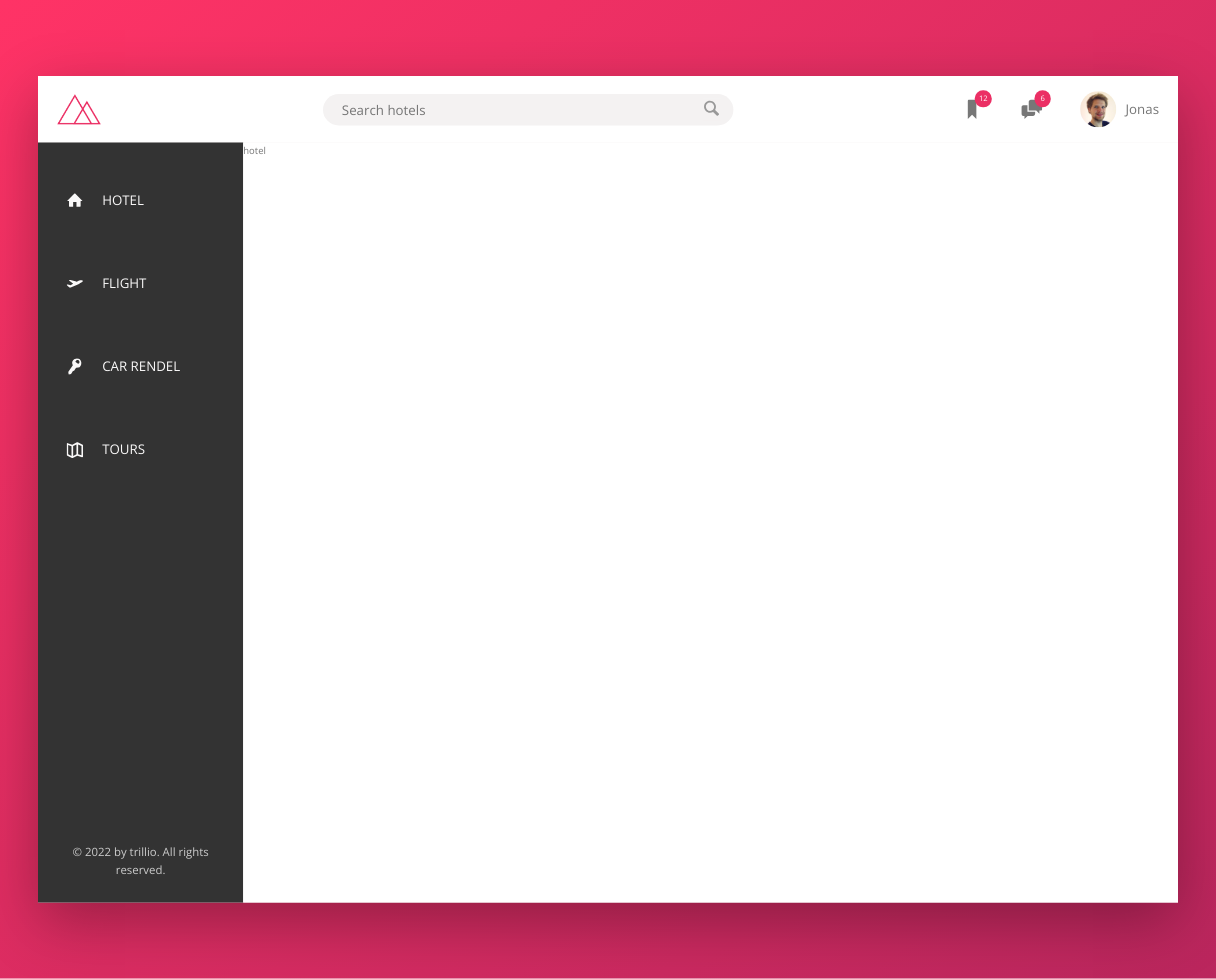
Repository: mohamediyas/flex_website
Page: index.html
The author's editor kept a copy of each file at every save. The page is drawn from the files as they stood at one save, then again after the next save.
The browser window is 1280 px wide. The pictures show the whole page, at 95% of full size.
The style sheet was rebuilt from its Sass, Less or Tailwind sources for each picture, by a compiler version that may differ from the author's.

Above is the page before, as saved 2022-07-31 20:34:53.

### index.html
<!DOCTYPE html>
<html lang="en">
  <head>
    <meta charset="UTF-8" />
    <meta name="viewport" content="width=device-width, initial-scale=1.0" />
    <meta http-equiv="X-UA-Compatible" content="ie=edge" />

    <link
      href="https://fonts.googleapis.com/css?family=Open+Sans:300,400,600"
      rel="stylesheet"
    />
    <link rel="stylesheet" href="css/style.css" />
    <link rel="shortcut icon" type="image/png" href="img/favicon.png" />

    <title>nexter &mdash; your home, your freedom</title>
  </head>
  <body>
    <div class="container">
      <header class="header">
        <img src="img/logo.png" alt="trilio logo" class="logo" />
        <form action="#" class="search">
          <input
            type="text"
            class="search__input"
            placeholder="Search hotels"
          />
          <button class="search__button">
            <svg class="search__icon">
              <use xlink:href="img/sprite.svg#icon-magnifying-glass"></use>
            </svg>
          </button>
        </form>

        <nav class="user-nav">
          <div class="user-nav__icon-box">
            <svg class="user-nav__icon">
              <use xlink:href="img/sprite.svg#icon-bookmark"></use>
            </svg>
            <span class="user-nav__notification">12</span>
          </div>
          <div class="user-nav__icon-box">
            <svg class="user-nav__icon">
              <use xlink:href="img/sprite.svg#icon-chat"></use>
            </svg>
            <span class="user-nav__notification">6</span>
          </div>
          <div class="user-nav__user">
            <img
              src="img/user.jpg"
              alt="user image"
              class="user-nav__user-photo"
            />
            <span class="user-nav__user-name">Jonas</span>
          </div>
        </nav>
      </header>
      <div class="content">
        <nav class="sidebar">
          <ul class="side-nav">
            <li class="side-nav__item side-nav__item--active">
              <a href="#" class="side-nav__link">
                <svg class="side-nav__icon">
                  <use xlink:href="img/sprite.svg#icon-home"></use>
                </svg>
                <span>Hotel</span>
              </a>
            </li>
            <li class="side-nav__item">
              <a href="#" class="side-nav__link">
                <svg class="side-nav__icon">
                  <use xlink:href="img/sprite.svg#icon-aircraft-take-off"></use>
                </svg>
                <span>Flight</span>
              </a>
            </li>
            <li class="side-nav__item">
              <a href="#" class="side-nav__link">
                <svg class="side-nav__icon">
                  <use xlink:href="img/sprite.svg#icon-key"></use>
                </svg>
                <span>Car Rendel</span>
              </a>
            </li>
            <li class="side-nav__item">
              <a href="#" class="side-nav__link">
                <svg class="side-nav__icon">
                  <use xlink:href="img/sprite.svg#icon-map"></use>
                </svg>
                <span>Tours</span>
              </a>
            </li>
          </ul>
          <div class="legal">&copy; 2022 by trillio. All rights reserved.</div>
        </nav>
        <main class="hotel">hotel</main>
      </div>
    </div>
  </body>
</html>

### sass/_base.scss
// COLOR VARIABLES

:root {
  --color-primary: #eb2f64;
  --color-primary-light: #ff3366;
  --color-primary-dark: #ba265d;

  --color-grey-light-1: #faf9f9;
  --color-grey-light-2: #f4f2f2;
  --color-grey-light-3: #f0eeee;
  --color-grey-light-4: #ccc;

  --color-grey-dark-1: #333;
  --color-grey-dark-2: #777;
  --color-grey-dark-3: #999;

  --shadow-dark: 0 2rem 6rem rgba(0, 0, 0, 0.3);
  --shadow-light: 0 2rem 5rem rgba(0, 0, 0, 0.06);

  --line: 1px solid var(--color-grey-light-2);
}

* {
  margin: 0;
  padding: 0;
}

*,
*::after,
*::before {
  box-sizing: inherit;
}

html {
  box-sizing: border-box;
  font-size: 62.5%;
}

body {
  background-image: linear-gradient(
    to right bottom,
    var(--color-primary-light),
    var(--color-primary-dark)
  );
  font-family: "Open Sans", sans-serif;
  font-weight: 400;
  line-height: 1.6;
  background-size: cover;
  background-repeat: no-repeat;
  min-height: 100vh;
  color: var(--color-grey-dark-2);
}

### sass/_components.scss
.logo {
  height: 3.25rem;
  margin-left: 2rem;
}

.search {
  flex: 0 0 40%;

  display: flex;
  justify-content: center;
  align-items: center;

  &__input {
    font-family: inherit;
    font-size: inherit;
    background-color: var(--color-grey-light-2);
    border: none;
    color: inherit;
    padding: 0.7rem 2rem;
    border-radius: 100px;
    width: 90%;
    transition: all 0.2s;
    margin-right: -3.25rem;
    &:focus {
      outline: none;
      width: 100%;
      background-color: var(--color-grey-light-3);
    }
  }

  &::-webkit-input-placeholder {
    font-weight: 100;
    color: var(--color-grey-light-4);
  }

  &__input:focus + &__button {
    background-color: var(--color-grey-light-3);
  }

  &__button {
    border: none;
    background-color: var(--color-grey-light-2);

    &:focus {
      outline: none;
    }

    &:active {
      transform: translateY(2px);
    }
  }

  &__icon {
    height: 2rem;
    width: 2rem;
    fill: var(--color-grey-dark-3);
  }
}

.user-nav {
  align-self: stretch;
  display: flex;
  align-items: center;

  & > * {
    padding: 0 2rem;
    cursor: pointer;
    height: 100%;
    display: flex;
    align-items: center;
  }

  & > *:hover {
    background-color: var(--color-grey-light-2);
  }

  &__icon-box {
    position: relative;
  }

  &__icon {
    height: 2.25rem;
    width: 2.25rem;
    fill: var(--color-grey-dark-2);
  }

  &__notification {
    font-size: 0.8rem;
    height: 1.75rem;
    width: 1.75rem;
    border-radius: 50%;
    background-color: var(--color-primary);
    color: #fff;
    position: absolute;
    top: 1.5rem;
    right: 1.1rem;
    display: flex;
    justify-content: center;
    align-items: center;
  }

  &__user {
  }

  &__user-photo {
    height: 3.75rem;
    border-radius: 50%;
    margin-right: 1rem;
  }

  &__user-name {
  }
}

// side navigation

.side-nav {
  font-size: 1.4rem;
  list-style: none;
  margin-top: 3.5rem;

  &__item {
    position: relative;

    &:not(:last-child) {
      margin-bottom: 3.5rem;
    }
  }

  &__item::before {
    content: "";
    position: absolute;
    top: 0;
    left: 0;
    height: 100%;
    width: 3px;
    background-color: var(--color-primary);
    transform: scaleY(0);
    transition: transform 0.2s, width 0.4s cubic-bezier(1, 0, 0, 1) 0.2s;
  }

  &__item:hover:before,
  &__item--active {
    transform: scaleY(1);
    width: 100%;
  }

  &__link:link,
  &__link:visited {
    color: var(--color-grey-light-1);
    text-decoration: none;
    text-transform: uppercase;
    display: block;
    padding: 1.5rem 3rem;
    z-index: 10;
    position: relative;
    display: flex;
    align-items: center;
  }

  &__link:hover {
    color: white;
  }

  &__icon {
    width: 1.75rem;
    height: 1.75rem;
    margin-right: 2rem;
    fill: currentColor;
  }
}

.legal {
  font-size: 1.2rem;
  text-align: center;
  color: var(--color-grey-light-4);
  padding: 2.5rem;
}

### sass/_layout.scss
.container {
  max-width: 120rem;
  margin: 8rem auto;
  background-color: var(--color-grey-light-2);
  box-shadow: var(--shadow-dark);
  min-height: 50rem;
}

.header {
  font-size: 1.4rem;
  height: 7rem;
  background-color: #fff;
  border-bottom: var(--color-grey-light-2);
  display: flex;
  justify-content: space-between;
  align-items: center;
}

.content {
  display: flex;
}

.sidebar {
  background-color: var(--color-grey-dark-1);
  flex: 0 0 18%;
  display: flex;
  flex-direction: column;
  justify-content: space-between;
}

.hotel {
  background-color: #fff;
  height: 80rem;
  flex: 1;
}

Loaded but not shown: sass/main.scss (common file)

After the next save:
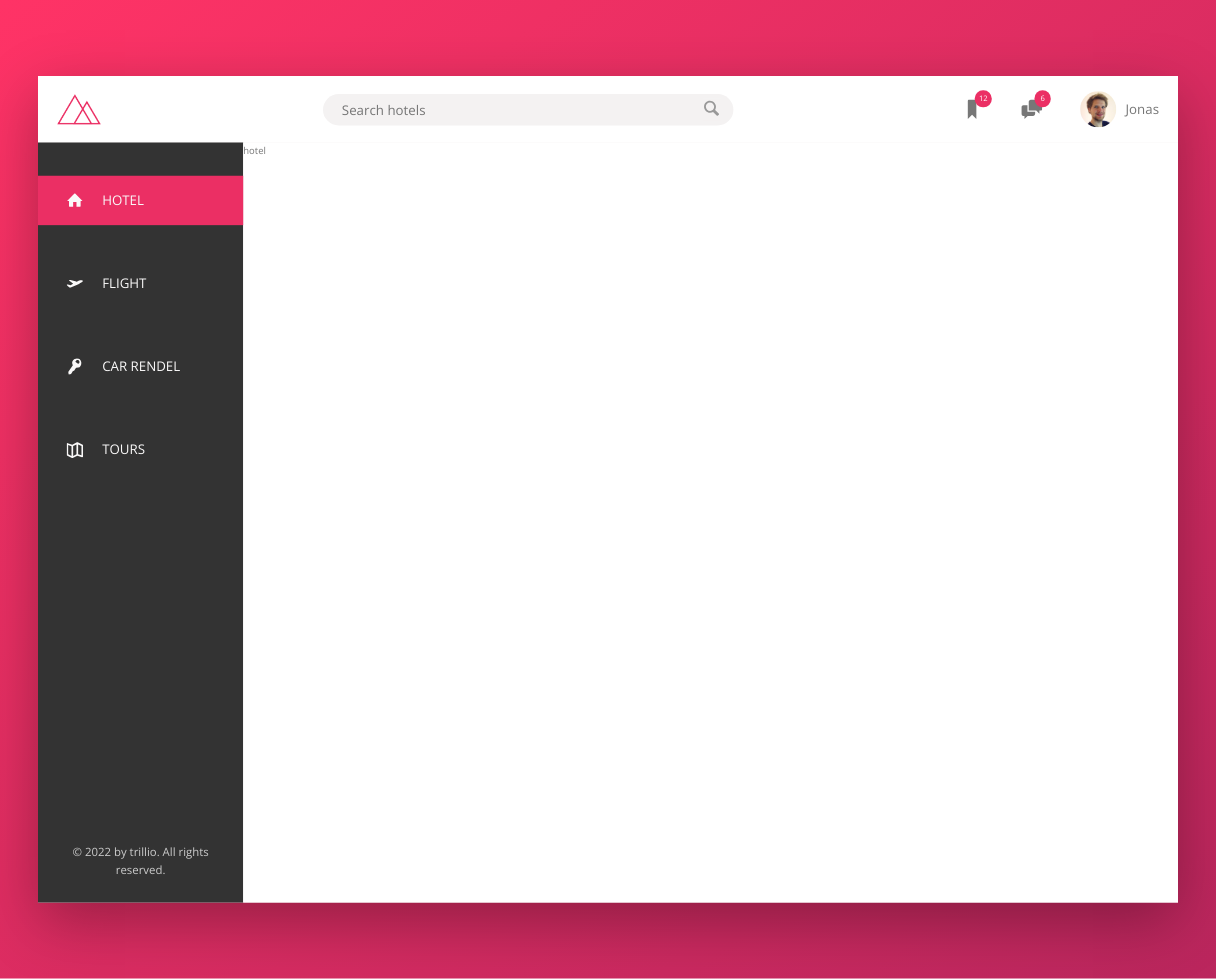
Saved 20 s later.
--- a/sass/_components.scss
+++ b/sass/_components.scss
@@ -140,7 +140,7 @@
   }
 
   &__item:hover:before,
-  &__item--active {
+  &__item--active::before {
     transform: scaleY(1);
     width: 100%;
   }
